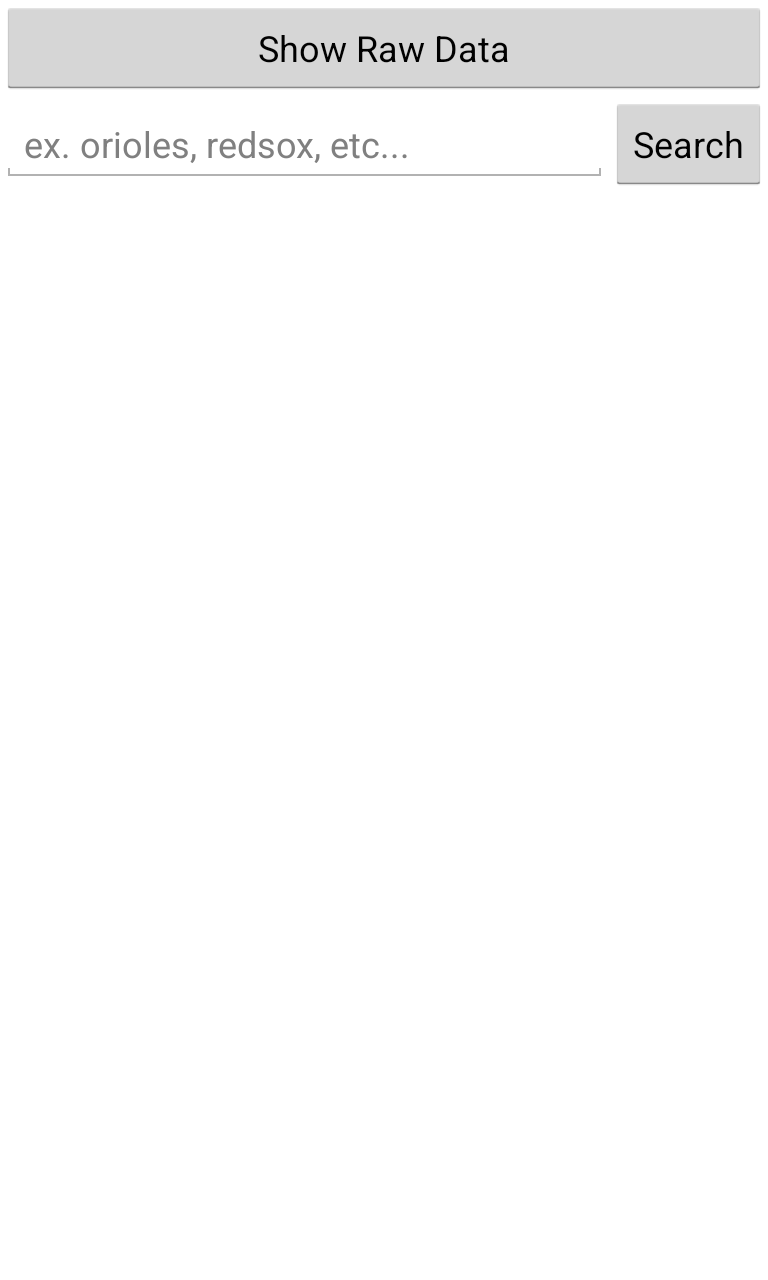
Repository: jemcphe/java1
Layout: teamG.M./TeamGM/res/layout/applayout.xml
These files come from the project's save history. The layout is drawn as it stood at one moment and after the next save; the edit follows.
It is drawn on a 768 x 1280 px phone screen (xhdpi) without system bars, with theme AppTheme; the app's code is not run.

Above is the layout before, as saved 2013-05-27 00:03:35.

After the next save:
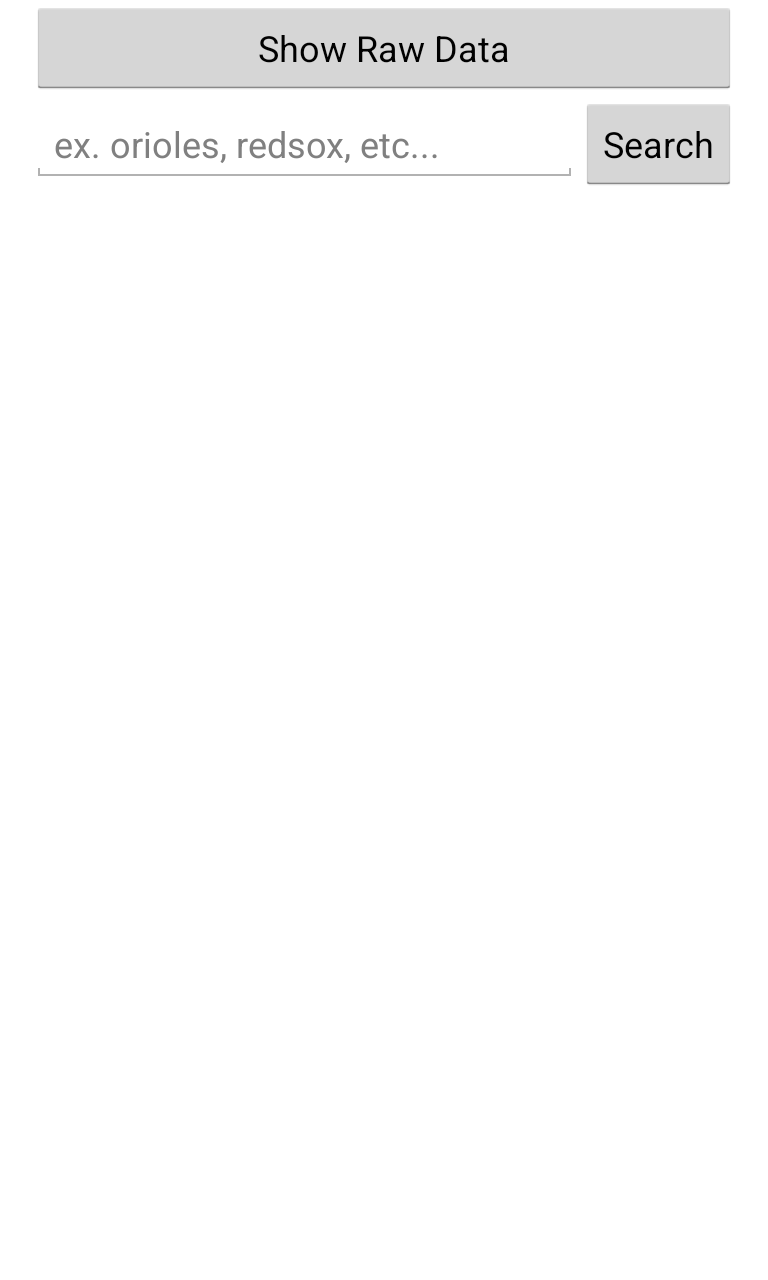
Saved 99 s later.
--- a/teamG.M./TeamGM/res/layout/applayout.xml
+++ b/teamG.M./TeamGM/res/layout/applayout.xml
@@ -2,6 +2,8 @@
 <LinearLayout xmlns:android="http://schemas.android.com/apk/res/android"
     android:layout_width="fill_parent"
     android:layout_height="fill_parent"
+    android:paddingLeft="15dp"
+    android:paddingRight="15dp"
     android:orientation="vertical" >
 
     <Button
